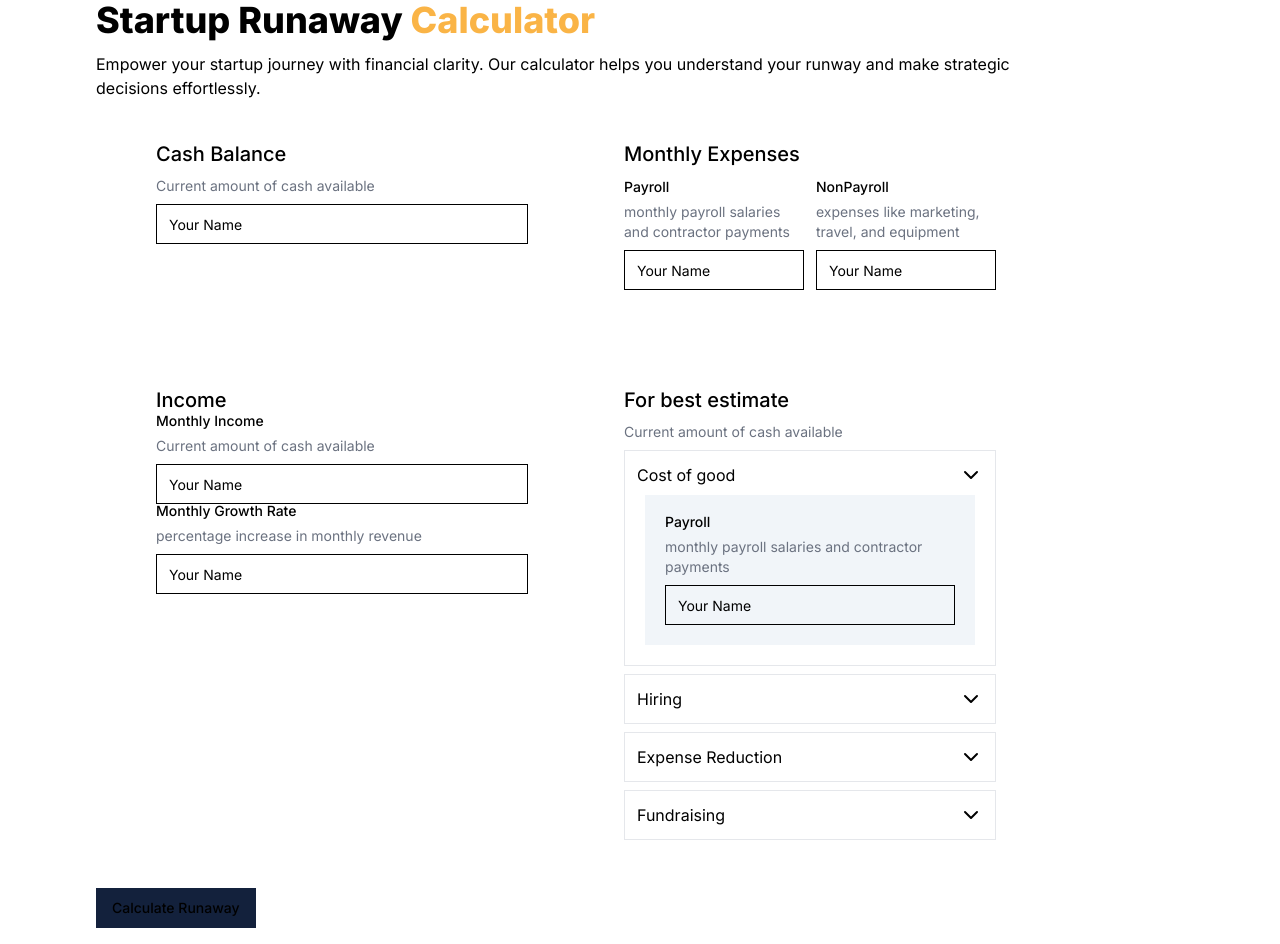
Repository: wossenF/startup-runaway-calculator
Page: /
These files come from the project's save history. The page is drawn as it stood at one moment and after the next save; the edit follows.
The browser window is 1280 px wide. The pictures show the whole page.
The project was rebuilt for these pictures with package versions that can differ from the ones it lists, and the page was loaded fresh each time. The framework's server and built-in components were replaced by stand-ins that run in the browser. Also part of the build but not shown: next.config.mjs.

Above is the page before, as saved 2024-04-08 14:05:21.

### src/app/page.tsx
import UserInput from "../components/UserInput";
import {Button} from '../components/ui/button'
export default function Home() {
  return (
    <main className="ml-24 w-3/4 mx-auto">
      <h1 className="font-extrabold text-4xl">Startup Runaway <span className="text-[#FAB446]">Calculator</span></h1>
      <p className="mx-auto max-w-screen-md lg:max-w-screen-lg xl:max-w-screen-xl p-3 pl-0">Empower your startup journey with financial clarity. Our calculator  helps you understand your runway and make strategic decisions  effortlessly.</p>
      <UserInput/>
      <Button className="mb-4">Calculate Runaway</Button>
    </main>
  );
}

### src/components/UserInput.tsx
"use client";
import { Input } from "./ui/input";
import { Label } from "./ui/label";
import { ChevronDown } from "lucide-react";
import {Button} from "./ui/button"
const UserInput = () => {
  return (
    <>
    <div className="container grid grid-cols-1 lg:grid-cols-2 gap-10 pb-5">
      <div className="bg-secondary/50 rounded-lg p-7  ">
        <form className="grid gap-2">
          <Label className="font-medium text-xl">Cash Balance</Label>
          <p className="text-gray-500 text-sm ">
            Current amount of cash available
          </p>
          <Input name="name" placeholder="Your Name" />
        </form>
      </div>

      <div className=" bg-secondary/50 rounded-lg p-7  grid gap-2">
        <Label className="font-medium text-xl">Monthly Expenses</Label>
        <div className="grid grid-cols-2 gap-3 pt-1">
          <div>
            <form className="grid gap-2">
              <Label className="">Payroll</Label>
              <p className="text-gray-500 text-sm ">
                monthly payroll salaries and contractor payments
              </p>
              <Input name="name" placeholder="Your Name" />
            </form>
          </div>
          <div>
            <form className="grid gap-2">
              <Label className="">NonPayroll</Label>
              <p className="text-gray-500 text-sm ">
                expenses like marketing, travel, and equipment
              </p>
              <Input name="name" placeholder="Your Name" />
            </form>
          </div>
        </div>
      </div>

      <div className=" bg-secondary/50 rounded-lg p-7 ">
        <Label className="font-medium text-xl">Income</Label>
        <div className="">
            <form className="grid gap-2 pt-">
              <Label className="">Monthly Income</Label>
              <p className="text-gray-500 text-sm ">
                Current amount of cash available
              </p>
              <Input name="name" placeholder="Your Name" />
            </form>
          <div>
            <form className="grid gap-2">
              <Label className="">Monthly Growth Rate</Label>
              <p className="text-gray-500 text-sm ">
                percentage increase in monthly revenue
              </p>
              <Input name="name" placeholder="Your Name" />
            </form>
          </div>
        </div>
      </div>

      <div className="bg-secondary/50 rounded-lg p-7  ">
        <form className="grid gap-2">
          <Label className="font-medium text-xl">For best estimate</Label>
          <p className="text-gray-500 text-sm ">
            Current amount of cash available
          </p>
          <div className="p-3 gap-20 border rounded-md  ">
            <div className="flex justify-between ">
              <p>Cost of good </p>
              <ChevronDown />
            </div>

            <div className=" p-5 bg-slate-100 m-2">
            <form className="grid gap-2">
              <Label className="">Payroll</Label>
              <p className="text-gray-500 text-sm ">
                monthly payroll salaries and contractor payments
              </p>
              <Input name="name" placeholder="Your Name" />
            </form>
          </div>
          </div>
          <div className="flex justify-between p-3 gap-20 border rounded-md  ">
            <p>Hiring</p>
            <ChevronDown />
          </div>
          <div className="flex justify-between p-3 gap-20 border rounded-md  ">
            <p>Expense Reduction</p>
            <ChevronDown />
          </div>
          <div className="flex justify-between p-3 gap-20 border rounded-md  ">
            <p>Fundraising</p>
            <ChevronDown />
          </div>
        </form>
      </div>
    </div>

    </>
  );
};

export default UserInput;

### src/components/ui/button.tsx
import * as React from "react"
import { Slot } from "@radix-ui/react-slot"
import { cva, type VariantProps } from "class-variance-authority"

import { cn } from "@/lib/utils"

const buttonVariants = cva(
  "inline-flex items-center justify-center whitespace-nowrap text-sm font-medium ring-offset-background transition-colors focus-visible:outline-none focus-visible:ring-2 focus-visible:ring-ring focus-visible:ring-offset-2 disabled:pointer-events-none disabled:opacity-50",
  {
    variants: {
      variant: {
        default: "bg-[#13213C] text-primary-foreground hover:bg-primary/90",
        destructive:
          "bg-destructive text-destructive-foreground hover:bg-destructive/90",
        outline:
          "border border-input bg-background hover:bg-accent hover:text-accent-foreground",
        secondary:
          "bg-secondary text-secondary-foreground hover:bg-secondary/80",
        ghost: "hover:bg-accent hover:text-accent-foreground",
        link: "text-primary underline-offset-4 hover:underline",
      },
      size: {
        default: "h-10 px-4 py-2",
        sm: "h-9 rounded-md px-3",
        lg: "h-11 rounded-md px-8",
        icon: "h-10 w-10",
      },
    },
    defaultVariants: {
      variant: "default",
      size: "default",
    },
  }
)

export interface ButtonProps
  extends React.ButtonHTMLAttributes<HTMLButtonElement>,
    VariantProps<typeof buttonVariants> {
  asChild?: boolean
}

const Button = React.forwardRef<HTMLButtonElement, ButtonProps>(
  ({ className, variant, size, asChild = false, ...props }, ref) => {
    const Comp = asChild ? Slot : "button"
    return (
      <Comp
        className={cn(buttonVariants({ variant, size, className }))}
        ref={ref}
        {...props}
      />
    )
  }
)
Button.displayName = "Button"

export { Button, buttonVariants }

### src/components/ui/input.tsx
import * as React from "react"

import { cn } from "@/lib/utils"

export interface InputProps
  extends React.InputHTMLAttributes<HTMLInputElement> {}

const Input = React.forwardRef<HTMLInputElement, InputProps>(
  ({ className, type, ...props }, ref) => {
    return (
      <input
        type={type}
        className={cn(
          "flex h-10 w-full rounded-md border border-input bg-background px-3 py-2 text-sm ring-offset-background file:border-0 file:bg-transparent file:text-sm file:font-medium placeholder:text-muted-foreground focus-visible:outline-none focus-visible:ring-2 focus-visible:ring-ring focus-visible:ring-offset-2 disabled:cursor-not-allowed disabled:opacity-50",
          className
        )}
        ref={ref}
        {...props}
      />
    )
  }
)
Input.displayName = "Input"

export { Input }

### src/components/ui/label.tsx
"use client"

import * as React from "react"
import * as LabelPrimitive from "@radix-ui/react-label"
import { cva, type VariantProps } from "class-variance-authority"

import { cn } from "@/lib/utils"

const labelVariants = cva(
  "text-sm font-medium leading-none peer-disabled:cursor-not-allowed peer-disabled:opacity-70"
)

const Label = React.forwardRef<
  React.ElementRef<typeof LabelPrimitive.Root>,
  React.ComponentPropsWithoutRef<typeof LabelPrimitive.Root> &
    VariantProps<typeof labelVariants>
>(({ className, ...props }, ref) => (
  <LabelPrimitive.Root
    ref={ref}
    className={cn(labelVariants(), className)}
    {...props}
  />
))
Label.displayName = LabelPrimitive.Root.displayName

export { Label }

Loaded but not shown: src/app/layout.tsx (common file); src/app/globals.css (common file); src/lib/utils.ts (common file); tailwind.config.ts (common file)

After the next save:
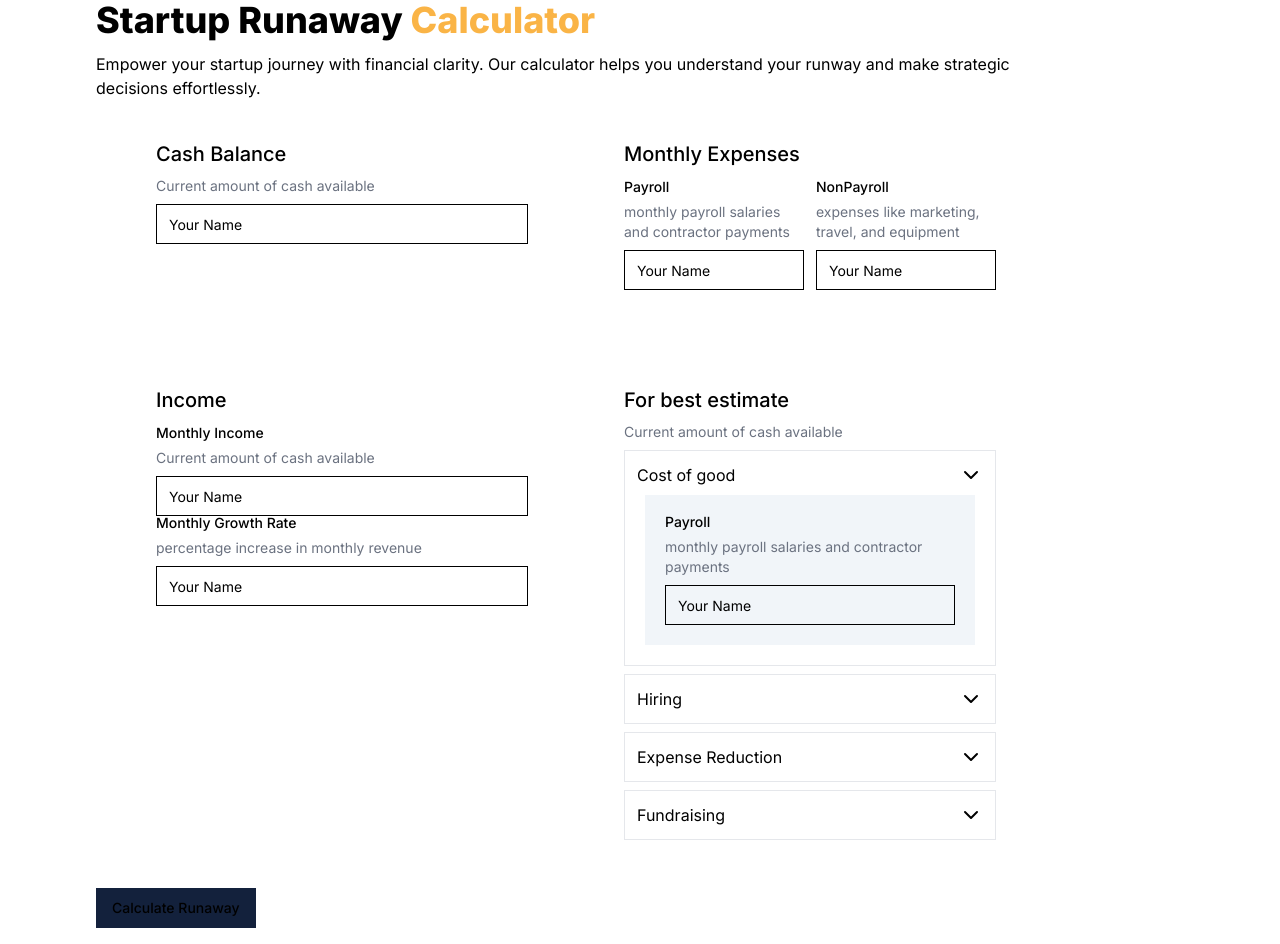
Saved 5 s later.
--- a/src/components/UserInput.tsx
+++ b/src/components/UserInput.tsx
@@ -44,7 +44,7 @@ const UserInput = () => {
       <div className=" bg-secondary/50 rounded-lg p-7 ">
         <Label className="font-medium text-xl">Income</Label>
         <div className="">
-            <form className="grid gap-2 pt-">
+            <form className="grid gap-2 pt-3">
               <Label className="">Monthly Income</Label>
               <p className="text-gray-500 text-sm ">
                 Current amount of cash available
